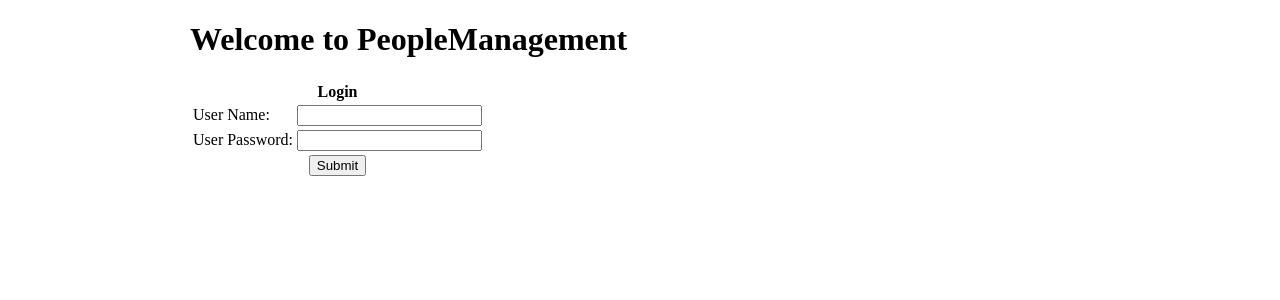
Repository: tarik788/prac
Page: http://localhost/PeopleManagement/Manager/Partial/Header.jsp
An editor plug-in stored every save of this project. The page is shown before and after a run of saves, followed by the edit.
The browser window is 1280 px wide. The pictures show the whole page.
The page is served by Tomcat 9.

Above is the page before, as saved 2014-05-31 12:07:06.

After the next 2 saves:
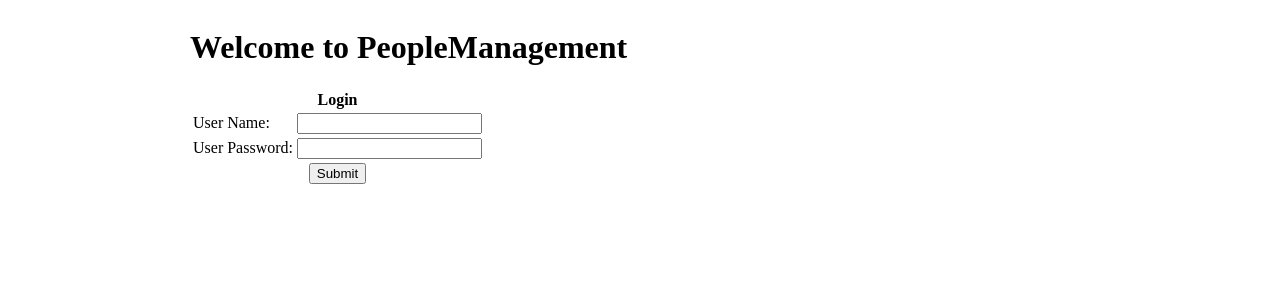
The 2 saves are shown as one change because they came seconds apart.
The last was saved 19 s later.
--- a/Java/AdvJava/Project/PeopleManagement/WebContent/Welcome.jsp
+++ b/Java/AdvJava/Project/PeopleManagement/WebContent/Welcome.jsp
@@ -6,46 +6,46 @@
 <meta http-equiv="Content-Type" content="text/html; charset=ISO-8859-1">
 <title>Welcome to "People Management"</title>
 <style type='text/css'>
-.body
-{
-margin:0;
-padding:0;
+.body {
+	margin: 0;
+	padding: 0;
 }
-#content-container
-{
-width: 100%;
-float:left;
+
+#content-container {
+	width: 100%;
+	float: left;
 }
-#content
-{
-margin:0 auto;
-width:900px;
+
+#content {
+	margin: 0 auto;
+	width: 900px;
 }
 </style>
 </head>
 <body>
-<div id="content">
-	<h1>Welcome to PeopleManagement</h1>
-	<form action="j_securtiy_check">
-		<table>
-			<tr>
-				<th colspan="2">Login</th>
-			</tr>
-			<tr>
-				<td>User Name:</td>
-				<td><input type='text' name="j_username" /></td>
-			</tr>
-			<tr>
-			<td>User Password:</td>
-			<td><input type='text' name="j_password" /></td>
-			</tr>
-             <tr>
-             <td style='text-align:center' colspan="2">
-             <input type='submit' name="btnSubmit" />
-             </td>
-             </tr>
-		</table>
-	</form>
+	<div id="content-container">
+		<div id="content">
+			<h1>Welcome to PeopleManagement</h1>
+			<form action="j_securtiy_check">
+				<table>
+					<tr>
+						<th colspan="2">Login</th>
+					</tr>
+					<tr>
+						<td>User Name:</td>
+						<td><input type='text' name="j_username" /></td>
+					</tr>
+					<tr>
+						<td>User Password:</td>
+						<td><input type='text' name="j_password" /></td>
+					</tr>
+					<tr>
+						<td style='text-align: center' colspan="2"><input
+							type='submit' name="btnSubmit" /></td>
+					</tr>
+				</table>
+			</form>
+		</div>
 	</div>
 </body>
 </html>
